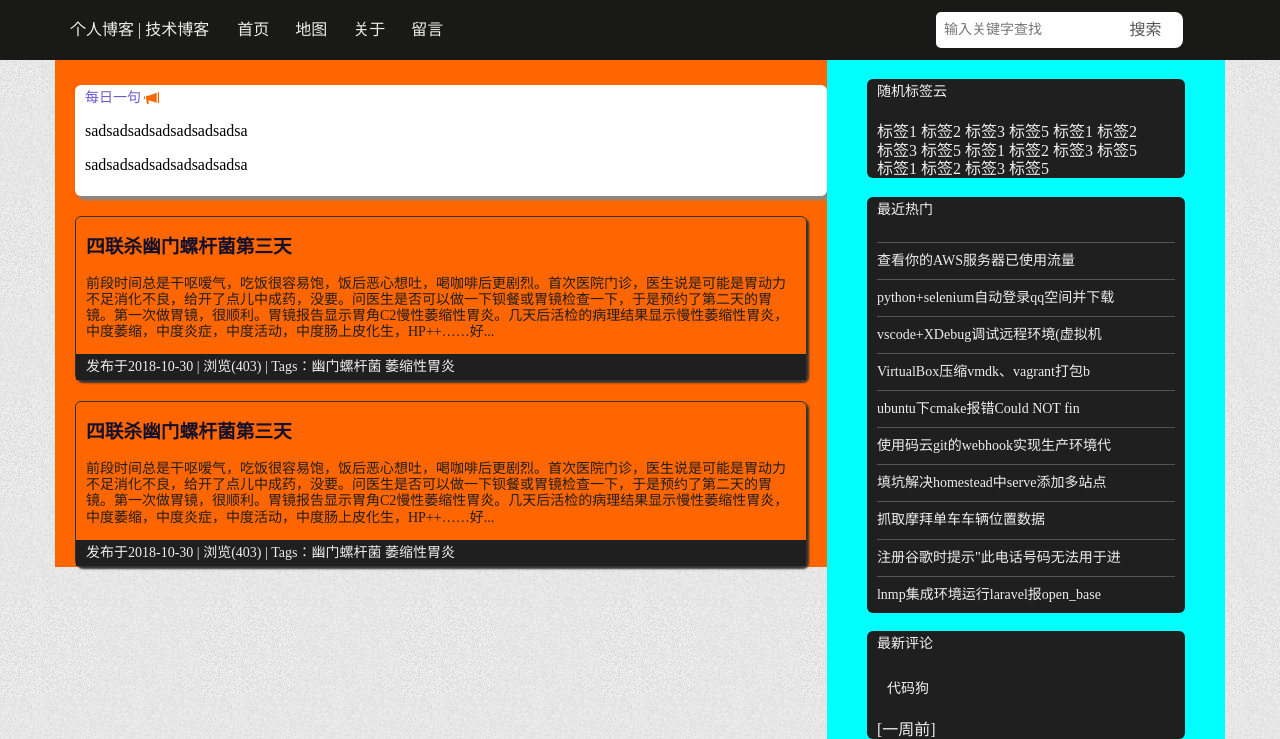
Repository: li1214/my_blog
Page: page/index.html
An editor plug-in stored every save of this project. The page is shown before and after the next save, followed by the edit.
The browser window is 1280 px wide. The pictures show the whole page.

Above is the page before, as saved 2019-01-04 11:02:27.

### page/index.html
<!DOCTYPE html>
<html lang="en">
  <head>
    <meta charset="UTF-8" />
    <meta name="viewport" content="width=device-width, initial-scale=1.0" />
    <meta http-equiv="X-UA-Compatible" content="ie=edge" />
    <title>个人博客</title>
    <link href="./css/base.css" rel="stylesheet" type="text/css" />
    <link href="./css/index.css" rel="stylesheet" type="text/css" />
  </head>
  <body>
    <header>
      <div class="container">
        <a>个人博客 | 技术博客</a>
        <ul>
          <li><a href="">首页</a></li>
          <li><a href="">地图</a></li>
          <li><a href="">关于</a></li>
          <li><a href="">留言</a></li>
        </ul>
        <div class="search">
          <input type="text" placeholder="输入关键字查找" />
          <button>搜索</button>
        </div>
      </div>
    </header>
    <div class="content">
      <div class="content-left">
        <div class="every-day">
          <span>每日一句</span>
          <p>sadsadsadsadsadsadsadsa</p>
          <p>sadsadsadsadsadsadsadsa</p>
        </div>
        <div class="blog-list">
          <div class="blog">
            <a><h3>四联杀幽门螺杆菌第三天</h3></a>
            <p>
              前段时间总是干呕嗳气，吃饭很容易饱，饭后恶心想吐，喝咖啡后更剧烈。首次医院门诊，医生说是可能是胃动力不足消化不良，给开了点儿中成药，没要。问医生是否可以做一下钡餐或胃镜检查一下，于是预约了第二天的胃镜。第一次做胃镜，很顺利。胃镜报告显示胃角C2慢性萎缩性胃炎。几天后活检的病理结果显示慢性萎缩性胃炎，中度萎缩，中度炎症，中度活动，中度肠上皮化生，HP++……好...
            </p>
            <div class="blog-foot">
              发布于2018-10-30 | 浏览(403) | Tags：幽门螺杆菌 萎缩性胃炎
            </div>
          </div>
          <div class="blog">
            <a> <h3>四联杀幽门螺杆菌第三天</h3> </a>
            <p>
              前段时间总是干呕嗳气，吃饭很容易饱，饭后恶心想吐，喝咖啡后更剧烈。首次医院门诊，医生说是可能是胃动力不足消化不良，给开了点儿中成药，没要。问医生是否可以做一下钡餐或胃镜检查一下，于是预约了第二天的胃镜。第一次做胃镜，很顺利。胃镜报告显示胃角C2慢性萎缩性胃炎。几天后活检的病理结果显示慢性萎缩性胃炎，中度萎缩，中度炎症，中度活动，中度肠上皮化生，HP++……好...
            </p>
            <div class="blog-foot">
              发布于2018-10-30 | 浏览(403) | Tags：幽门螺杆菌 萎缩性胃炎
            </div>
          </div>
        </div>
      </div>
      <div class="content-right">
        <div class="right-box">
          <h4>随机标签云</h4>
          <div class="contents">
            <a>标签1</a> <a>标签2</a> <a>标签3</a> <a>标签5</a> <a>标签1</a>
            <a>标签2</a> <a>标签3</a> <a>标签5</a> <a>标签1</a> <a>标签2</a>
            <a>标签3</a> <a>标签5</a> <a>标签1</a> <a>标签2</a> <a>标签3</a>
            <a>标签5</a>
          </div>
        </div>
        <div class="right-box">
          <h4>最近热门</h4>
          <div class="contents">
            <ul class="list-group">
              <li class="list-group-item">
                <a href="https://www.zh30.com/aws-ec2-cloudwatch.html"
                  >查看你的AWS服务器已使用流量</a
                >
              </li>
              <li class="list-group-item">
                <a
                  href="https://www.zh30.com/python-selenium-qqzone-album.html"
                  >python+selenium自动登录qq空间并下载</a
                >
              </li>
              <li class="list-group-item">
                <a
                  href="https://www.zh30.com/vscode-xdebug-remote-vagrant-php.html"
                  >vscode+XDebug调试远程环境(虚拟机</a
                >
              </li>
              <li class="list-group-item">
                <a
                  href="https://www.zh30.com/virtualbox-vmdk-vagrant-box.html"
                  >VirtualBox压缩vmdk、vagrant打包b</a
                >
              </li>
              <li class="list-group-item">
                <a
                  href="https://www.zh30.com/ubuntu-cmake-could-not-find-boost.html"
                  >ubuntu下cmake报错Could NOT fin</a
                >
              </li>
              <li class="list-group-item">
                <a
                  href="https://www.zh30.com/webhook-git-pull.html"
                  >使用码云git的webhook实现生产环境代</a
                >
              </li>
              <li class="list-group-item">
                <a
                  href="https://www.zh30.com/homestead-serve-add-sites.html"
                  >填坑解决homestead中serve添加多站点</a
                >
              </li>
              <li class="list-group-item">
                <a
                  href="https://www.zh30.com/crawl-mobike-location.html"
                  >抓取摩拜单车车辆位置数据</a
                >
              </li>
              <li class="list-group-item">
                <a
                  href="https://www.zh30.com/google-register-phone-verification.html"
                  >注册谷歌时提示"此电话号码无法用于进</a
                >
              </li>
              <li class="list-group-item">
                <a
                  href="https://www.zh30.com/lnmp-laravel-open_basedir.html"
                  >lnmp集成环境运行laravel报open_base</a
                >
              </li>
            </ul>
          </div>
        </div>
        <div class="right-box">
          <h4>最新评论</h4>
          <div class="contents">
            <div class='item'>
                <div class='item-title'>
                    <h4>代码狗</h4>
                    <span>[一周前]</span>
                </div>
                <div class='item-comtebt'></div>
            </div>
          </div>
        </div>
      </div>
    </div>
    <footer></footer>
  </body>
</html>

### page/css/base.css
html {line-height: 1.15; /* 1 */-webkit-text-size-adjust: 100%; /* 2 */}
body {margin: 0;}
@font-face{
    font-family: 'myicon';
    src: url('../font/glyphicons-halflings-regular.woff2')
}
ul{padding: 0}
main {
  display: block;
}
h1 {
  font-size: 2em;
  margin: 0.67em 0;
}
hr {
  box-sizing: content-box; /* 1 */
  height: 0; /* 1 */
  overflow: visible; /* 2 */
}
pre {
  font-family: monospace, monospace; /* 1 */
  font-size: 1em; /* 2 */
}
a {
  background-color: transparent;
}
abbr[title] {
  border-bottom: none; /* 1 */
  text-decoration: underline; /* 2 */
  text-decoration: underline dotted; /* 2 */
}
b,
strong {
  font-weight: bolder;
}
code,
kbd,
samp {
  font-family: monospace, monospace; /* 1 */
  font-size: 1em; /* 2 */
}
small {
  font-size: 80%;
}
sub,
sup {
  font-size: 75%;
  line-height: 0;
  position: relative;
  vertical-align: baseline;
}
sub {
  bottom: -0.25em;
}
sup {
  top: -0.5em;
}
img {
  border-style: none;
}
button,
input,
optgroup,
select,
textarea {
  font-family: inherit; /* 1 */
  font-size: 100%; /* 1 */
  line-height: 1.15; /* 1 */
  margin: 0; /* 2 */
}
button,
input { /* 1 */
  overflow: visible;
}
button,
select { /* 1 */
  text-transform: none;
}
button,
[type="button"],
[type="reset"],
[type="submit"] {
  -webkit-appearance: button;
}
button::-moz-focus-inner,
[type="button"]::-moz-focus-inner,
[type="reset"]::-moz-focus-inner,
[type="submit"]::-moz-focus-inner {
  border-style: none;
  padding: 0;
}
button:-moz-focusring,
[type="button"]:-moz-focusring,
[type="reset"]:-moz-focusring,
[type="submit"]:-moz-focusring {
  outline: 1px dotted ButtonText;
}
fieldset {
  padding: 0.35em 0.75em 0.625em;
}
legend {
  box-sizing: border-box; /* 1 */
  color: inherit; /* 2 */
  display: table; /* 1 */
  max-width: 100%; /* 1 */
  padding: 0; /* 3 */
  white-space: normal; /* 1 */
}
progress {
  vertical-align: baseline;
}
textarea {
  overflow: auto;
}

[type="checkbox"],
[type="radio"] {
  box-sizing: border-box; /* 1 */
  padding: 0; /* 2 */
}
[type="number"]::-webkit-inner-spin-button,
[type="number"]::-webkit-outer-spin-button {
  height: auto;
}

[type="search"] {
  -webkit-appearance: textfield; /* 1 */
  outline-offset: -2px; /* 2 */
}

[type="search"]::-webkit-search-decoration {
  -webkit-appearance: none;
}
::-webkit-file-upload-button {
  -webkit-appearance: button; /* 1 */
  font: inherit; /* 2 */
}
details {
  display: block;
}
summary {
  display: list-item;
}
template {
  display: none;
}
[hidden] {
  display: none;
}
a{text-decoration: none;}
/* ========================================================== css reset ========================================================== */

body {
    width: 100%;
    height: 100%;
    background-image: url(../image/bg.jpg);
    background-repeat: repeat;
    overflow-x: hidden;
}

header{
    width: 100%;
    height: 60px;
    background-color: #191918;
}
header .container {
    width:1170px;
    height: 100%;
    margin: 0 auto;
}
header .container>a{
    display: block;
    float: left;
    color: #eee;
    line-height: 60px;
    margin: 0 15px;
    font-size: 16px;
}
header .container>ul{
    float: left;
    margin: 0;
    padding: 0;
}
header .container>ul>li{
    display: inline-block;
    float: left;
}
header .container>ul>li a{
    color: #eee;
    display: inline-block;
    height: 60px;
    width: 58px;
    line-height: 60px;
    text-align: center;
}
header .container .search{
    float: right;
    height: 100%;
    position: relative;
    right: 117px;
}
header .container .search>input{
    display: inline-block;
    position: absolute;
    height: 26px;
    padding: 5px 8px;
    border-radius: 5px;
    border:none;
    outline: none;
    font-size: 14px;
    margin-top: 12px;
    left: -172px;
}
header .container .search > button{
    outline: none;
    display: inline-block;
    position: absolute;
    width: 75px;
    height: 36px;
    padding: 5px 10px;
    border-radius: 8px;
    margin-top: 12px;
    cursor: pointer;
    color: #555;
    background-color: white;
    border: none;
}
/* ============================================================== header end ===================================================================== */
.content {
    width: 1170px;
    margin: 0 auto;
    position: relative;
}
.content .content-left{
    float: left;
    width: 66%;
    box-sizing: border-box;
    padding: 0 20px;
    background: #f60;
}
.content .content-right{
    float: right;
    width: 34%;
    box-sizing: border-box;
    background-color: aqua;
}
.right-box{
    background-color: #1f1f1f;
    margin-top: 20px;
    width: 80%;
    margin: 0 auto;
    box-sizing: border-box;
    border-radius: 6px;
}
.right-box h4 {
    color: #f4f4f4;
    font-weight: normal;
    padding: 5px 10px;
    font-size: 14px;
}
.right-box .contents{
    color: #eee;
    padding: 0 10px 0px 10px;
}
/* .right-box .contents a::after{
    display: block;
    content: '';
    overflow: hidden;
    clear: both;
    position: absolute;
} */
.right-box .contents>a{
    display: inline-block;
}
.right-box .contents li{
    width: 100%;
    list-style: none;
    white-space:nowrap;
    overflow: hidden;
   text-overflow: ellipsis;
    border-top:1px solid #555;
}
.right-box .contents li a{
    font-size: 14px;
    display: inline-block;
    color: #eee;
    padding: 10px 0;
}

### page/css/index.css

.every-day{
    background-color: white;
    text-align: left;
    width: 100%;
    border-radius: 6px;
    padding: 5px 10px;
    box-shadow: 3px 4px 3px #888;
    margin-top: 25px;
}
.every-day span::before{
    font-family: myicon;
    content:'\e122';
    font-size: 14px;
    color: #f60;
    position: absolute;
    display: block;
    left: 90px;
}
.every-day > span{
    font-size: 14px;
    display: block;
    margin-bottom: 5px;
    color: slateblue;
}
.every-day > p{
    /* zuanwu */
}

.blog-list{
    width: 100%;
    position: relative;
}
.blog-list .blog{
    width: 100%;
    border:1px solid #333;
    border-radius: 6px;
    box-sizing: border-box;
    margin-top: 20px;
    box-shadow: 2px 2px 2px #333;
}
.blog-list .blog h3 {
    padding: 0 10px;
    color: #13102b;
    transition: color 0.5s;
}
.blog-list .blog h3:hover{color: #337ab7;cursor: pointer;}
.blog-list .blog p{padding: 0 10px;font-size: 14px;color: #1f1f1f;}
.blog-list .blog .blog-foot{
    background-color: #1f1f1f;
    padding: 5px 10px;
    color: #eee;
    font-size: 14px;
}

After the next save:
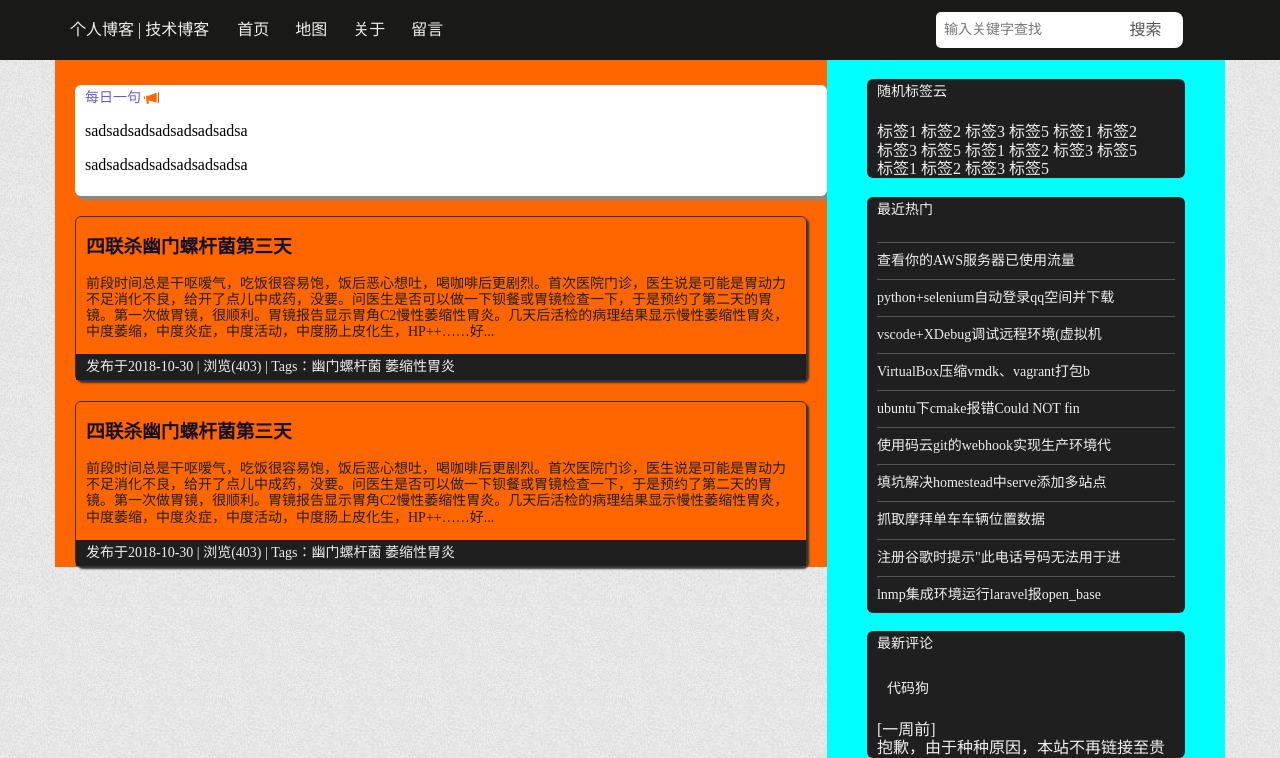
Saved 10 s later.
--- a/page/index.html
+++ b/page/index.html
@@ -136,7 +136,9 @@
                     <h4>代码狗</h4>
                     <span>[一周前]</span>
                 </div>
-                <div class='item-comtebt'></div>
+                <div class='item-comtebt'>
+                    抱歉，由于种种原因，本站不再链接至贵
+                </div>
             </div>
           </div>
         </div>
